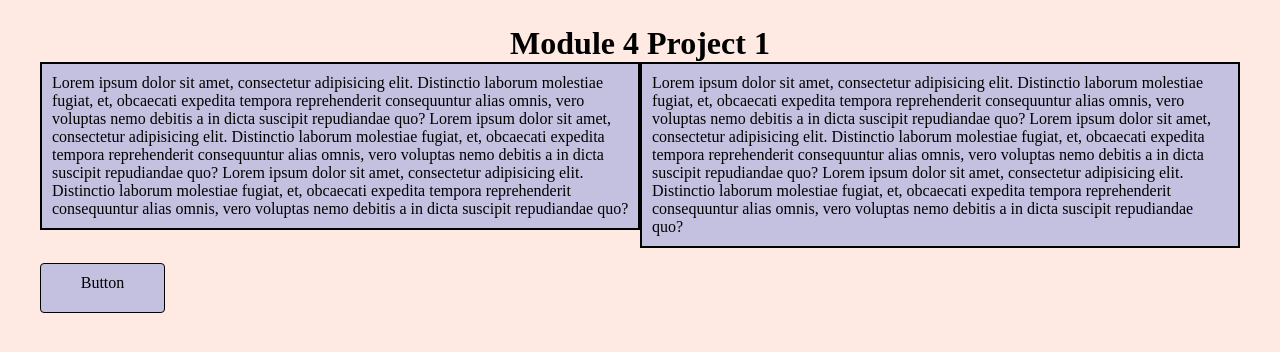
Repository: mlmEFSC21/P6-External-Style-Sheet
Page: index.html
The author's editor kept a copy of each file at every save. The page is drawn from the files as they stood at one save, then again after a run of saves.
The browser window is 1280 px wide. The pictures show the whole page.

Above is the page before, as saved 2022-02-09 21:03:02.

After the next 2 saves:
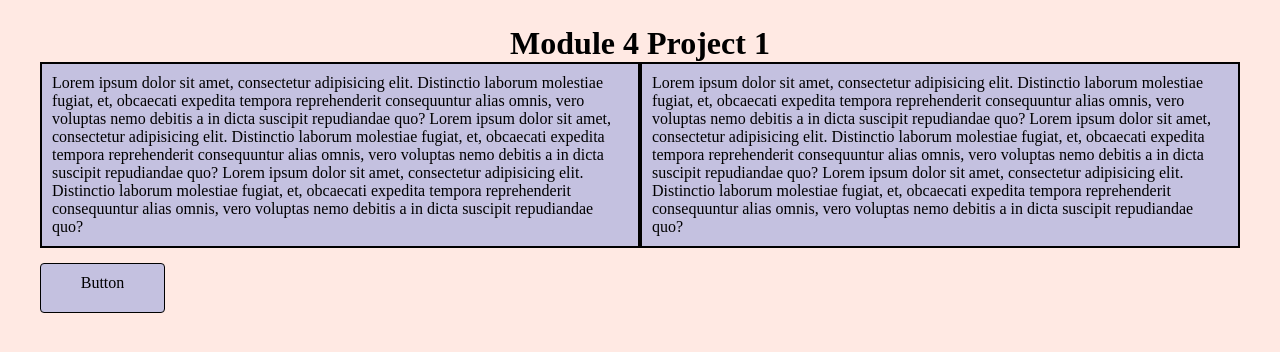
The 2 saves are shown as one change because they came seconds apart.
The last was saved 8 s later.
--- a/Styles.css
+++ b/Styles.css
@@ -26,7 +26,6 @@ p {
     background-color: var(--clr-buttonBG);
 }
 .p1 {
-    padding-right: 2px;
     border: 2.5px solid black;
     float: left;
     width: 50%;
